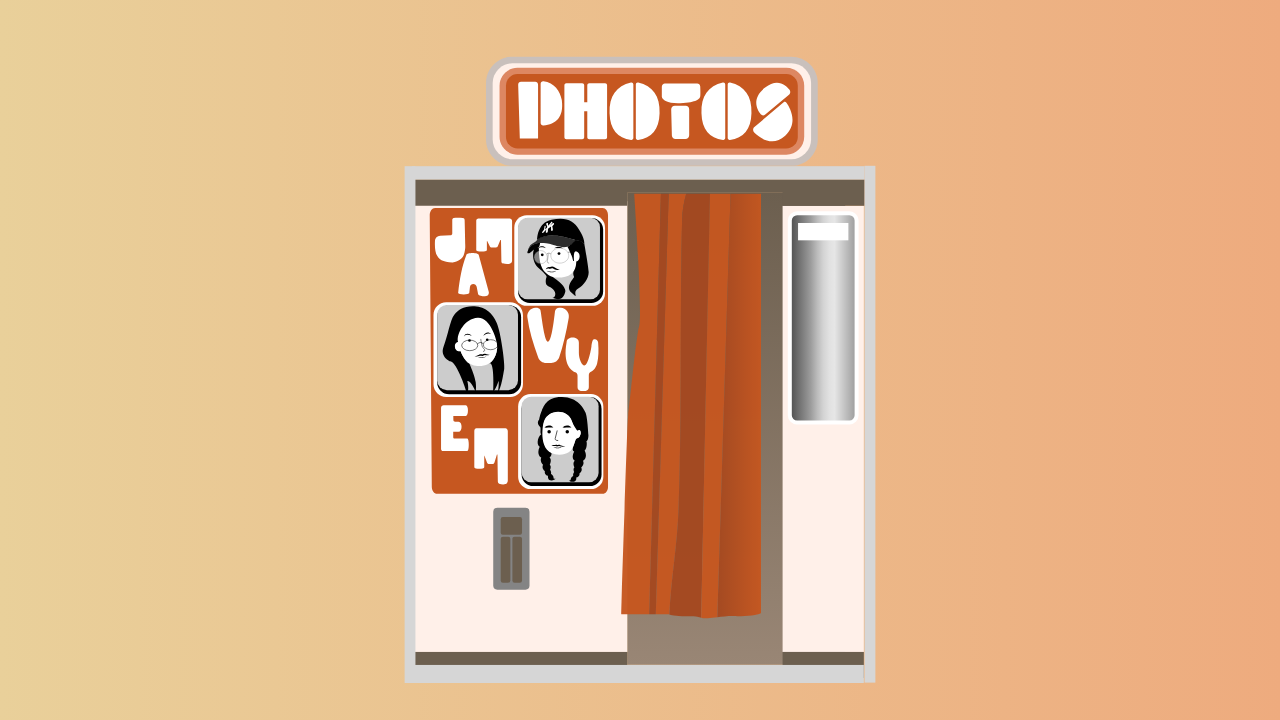
Repository: Strawb3rryjam/QuickSnip
Page: index.html
An editor plug-in stored every save of this project. The page is shown before and after the next save, followed by the edit.
The browser window is 1280 px wide. The pictures show the whole page.

Above is the page before, as saved 2025-05-08 15:26:23.
Console error: ReferenceError: enterBooth is not defined

After the next save:
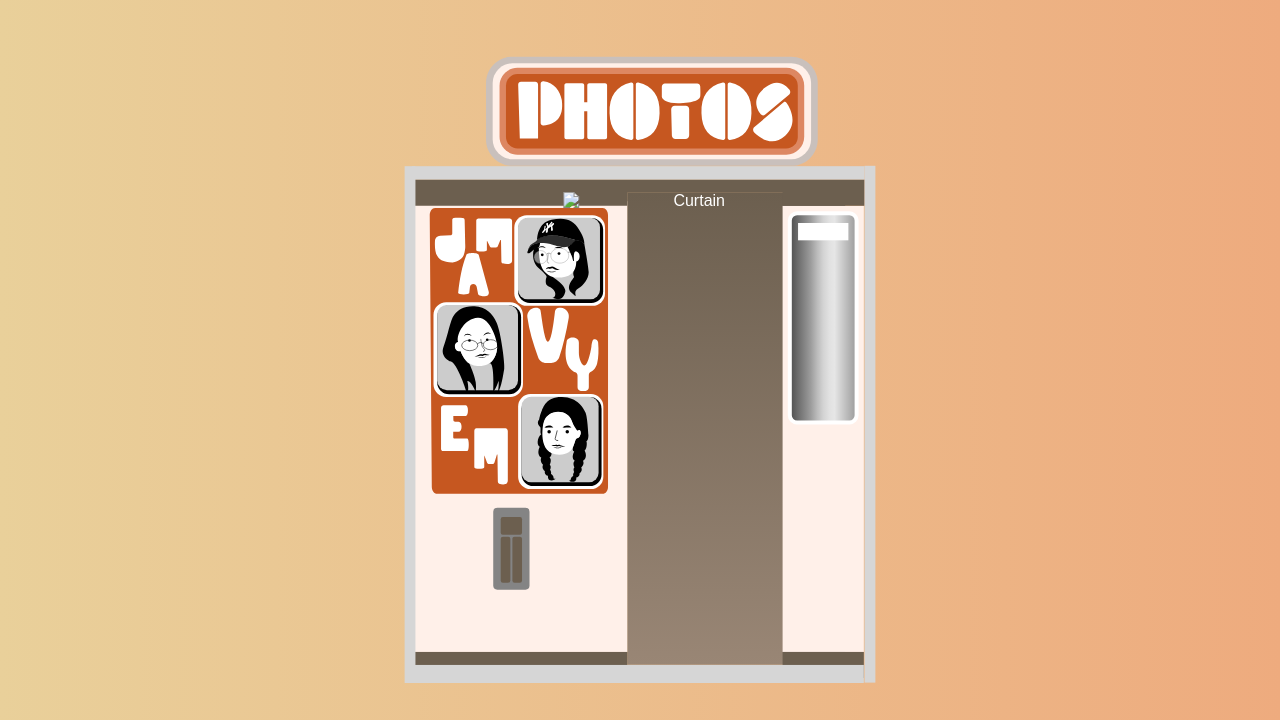
Not found: images/curtain1.png
Saved 11 s later.
--- a/index.html
+++ b/index.html
@@ -14,7 +14,7 @@
         <!-- Exterior photobooth view -->
         <div>
             <img class="entrance" src="/assets/Photobooth.svg" alt="Description of the image">
-            <img id="curtain" src="/assets/curtain1.svg" alt="Curtain">
+            <img id="curtain" src="images/curtain1.png" alt="Curtain">
         </div>
         <script src="scripts.js"></script>
 </body>

After the 2 saves that followed:
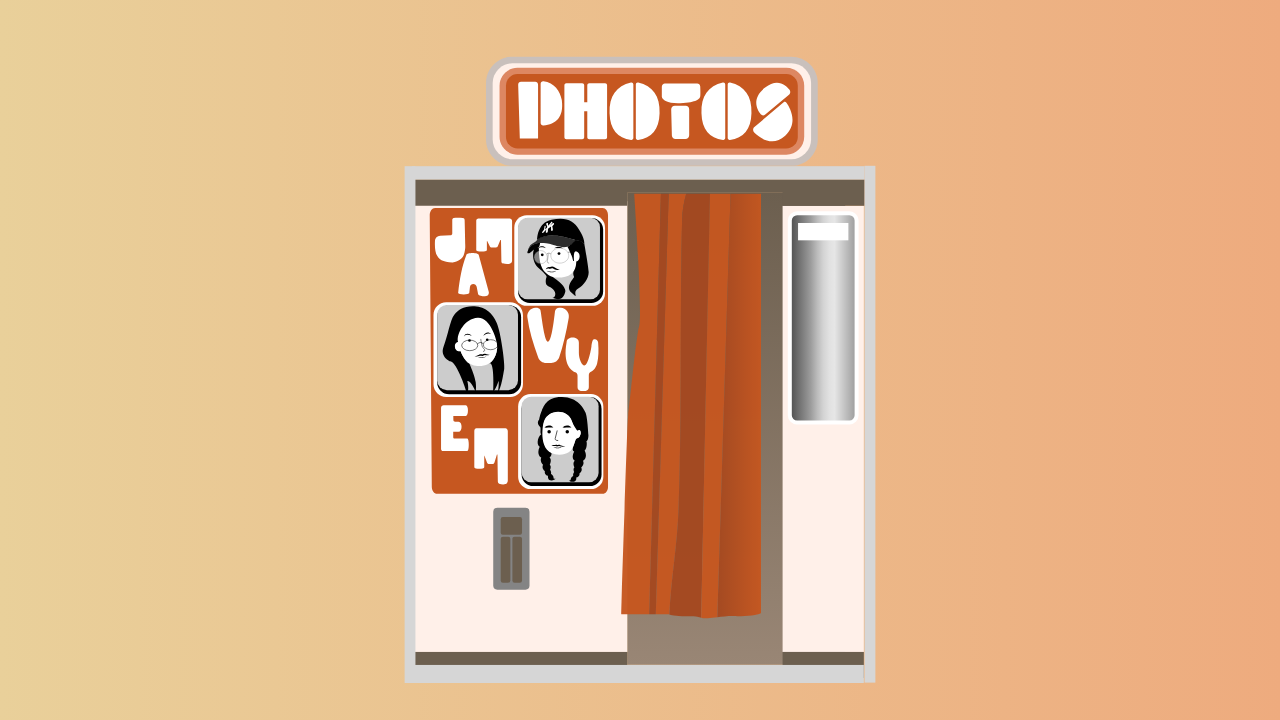
The 2 saves are shown as one change because 1 left the picture as it was.
The last was saved 19 s later.
--- a/index.html
+++ b/index.html
@@ -14,7 +14,7 @@
         <!-- Exterior photobooth view -->
         <div>
             <img class="entrance" src="/assets/Photobooth.svg" alt="Description of the image">
-            <img id="curtain" src="images/curtain1.png" alt="Curtain">
+            <img id="curtain" src="assets/curtain1.svg" alt="Curtain">
         </div>
         <script src="scripts.js"></script>
 </body>
